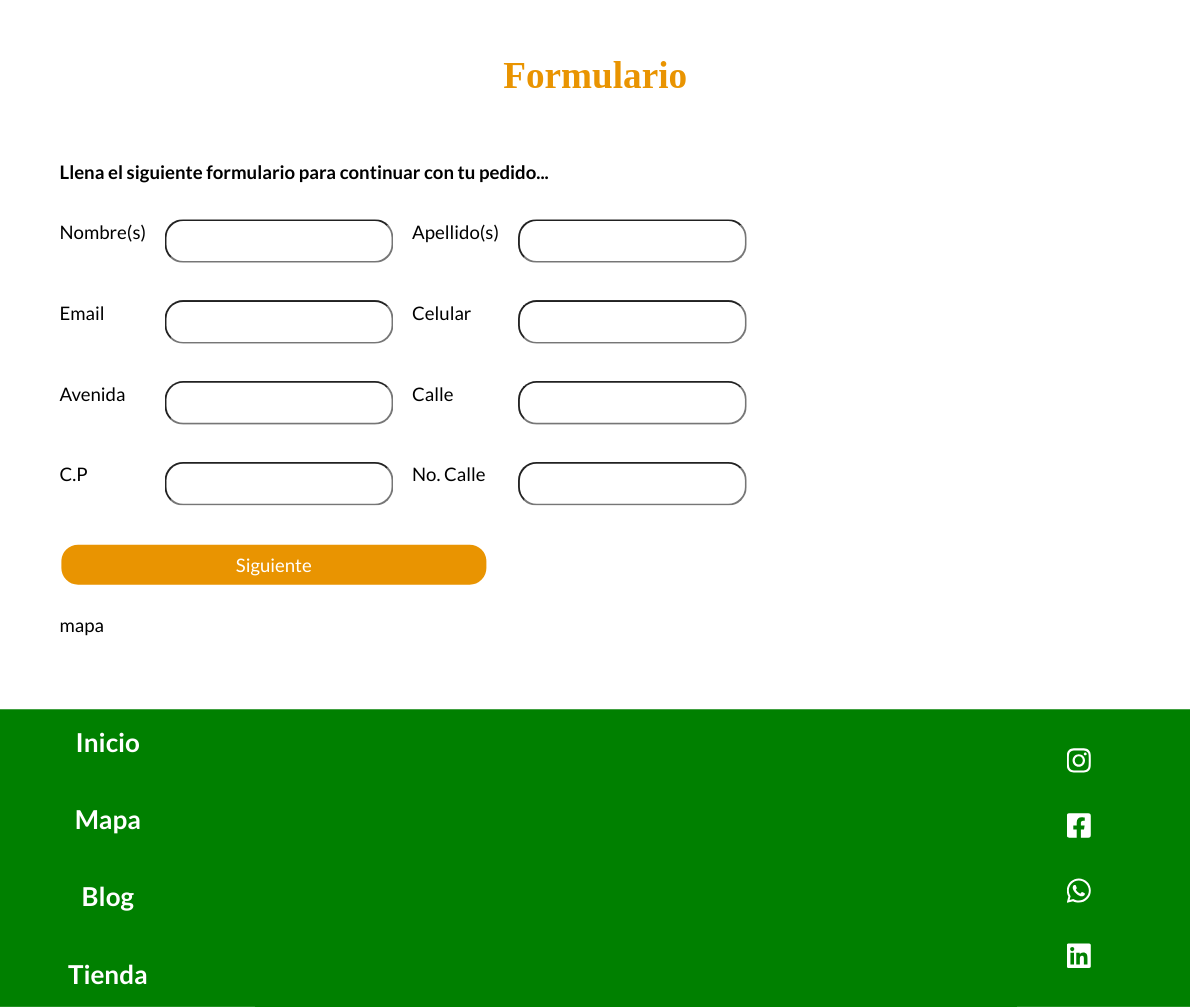
Repository: CarlosCamposRodriguez99/cv-beta-frontend
Page: /mapa
An editor plug-in stored every save of this project. The page is shown before and after the next save, followed by the edit.
The browser window is 1280 px wide. The pictures show the part of the page from y = 219 to 1302 px (the page is 1302 px tall), at 93% of full size.
Some web fonts or font styles are not loaded; a fallback is used. The project was rebuilt for these pictures with package versions that can differ from the ones it lists, and the page was loaded fresh each time. The framework's server and built-in components were replaced by stand-ins that run in the browser. Also part of the build but not shown: next.config.js.

Above is the page before, as saved 2022-05-06 18:12:48.

### pages/_app.js
import { useState, useEffect } from 'react';
import '../styles/normalize.css';
import '../styles/globals.css';

function MyApp({ Component, pageProps }) {

  const [carrito, setCarrito] = useState([]);

  useEffect(() => {
    const carritoLS = JSON.parse(localStorage.getItem('carrito')) ?? [];
    setCarrito(carritoLS);

  }, [])

  useEffect(() => {
    localStorage.setItem("carrito", JSON.stringify(carrito));

  }, [carrito])

  const agregarCarrito = (producto) => {
    if(carrito.some((articulo) => articulo.id === producto.id)) {
      const carritoActualizado = carrito.map( articulo => {
        if(articulo.id === producto.id) {
          articulo.cantidad = producto.cantidad
        }
        return articulo;
      });

      setCarrito(carritoActualizado);
    } else {
      setCarrito([...carrito, producto]);
    }
  };

  const actualizarCantidad = (producto) => {
    const carritoActualizado = carrito.map((articulo) => {
      if(articulo.id === producto.id) {
        articulo.cantidad = producto.cantidad
      }
      return articulo;
    });

    setCarrito(carritoActualizado);
  };

  const eliminarProducto = id => {
    const carritoActualizado = carrito.filter( articulo => articulo.id !== id)
    setCarrito(carritoActualizado);
  }


  return <Component {...pageProps}
    carrito={carrito}
    agregarCarrito={agregarCarrito}
    actualizarCantidad={actualizarCantidad}
    eliminarProducto={eliminarProducto}

  />
}

export default MyApp

### pages/mapa.js
import Layout from '../components/Layout';
import styles from '../styles/Mapa.module.css';

const Mapa = () => {
  return (
    <Layout
      pagina='Mapa'
    >
      <div className={styles.head}>
        <h2 className={styles.titulo}>Formulario</h2>
        <p className={styles.descripcion}>Llena el siguiente formulario para continuar con tu pedido...</p>
        <form>
          <div className={styles.contenido}>
            <label
              className="block uppercase text-slate-800 font-bold text-xl"
              htmlFor="nombre"
            >Nombre(s) </label>

              <input
                type="text"
                id="nombre"
                className={styles.borde}
              />

            <label
              className="block uppercase text-slate-800 font-bold text-xl"
              htmlFor="apellido"
            >Apellido(s) </label>

              <input
                type="text"
                id="apellido"
                className={styles.borde}
              />

            <label
              className="block uppercase text-slate-800 font-bold text-xl"
              htmlFor="email"
            >Email </label>

              <input
                type="text"
                id="email"
                className={styles.borde}
              />

            <label
              className="block uppercase text-slate-600 font-bold text-xl"
              htmlFor="celular"
            >Celular </label>

              <input
                type="text"
                id="celular"
                className={styles.borde}
              />

            <label
              className="block uppercase text-slate-600 font-bold text-xl"
              htmlFor="avenida"
            >Avenida</label>

              <input
                type="text"
                id="avenida"
                className={styles.borde}
              />

            <label
              className="block uppercase text-slate-600 font-bold text-xl"
              htmlFor="calle"
            >Calle </label>

              <input
                type="text"
                id="calle"
                className={styles.borde}
              />

            <label
              className="block uppercase text-slate-600 font-bold text-xl"
              htmlFor="codigoPostal"
            >C.P </label>

              <input
                type="text"
                id="codigoPostal"
                className={styles.borde}
              />

            <label
              className="block uppercase text-slate-600 font-bold text-xl"
              htmlFor="numeroCalle"
            >No. Calle </label>

              <input
                type="text"
                id="numeroCalle"
                className={styles.borde}
              />
          </div>
        </form>


        <div className={styles.campo}>
          <input
            value="Siguiente"
            className={styles.boton}
            type="submit"

          />
        </div>
      </div>

      <div className={styles.head}>
        <div className={styles.contenido}>
          <p>mapa</p>
        </div>

      </div>



    </Layout>


  )
}

export default Mapa;


// css-border: en input: "bg-gray-200 w-full lg:w-1/3 mt-3 p-2 rounded-md"

### styles/globals.css
@import url('https://fonts.googleapis.com/css2?family=Lato:ital,wght@0,700;1,400&family=Roboto+Slab:wght@400;700&display=swap');
@import url('https://fonts.googleapis.com/css2?family=Lato:wght@400;700;900&family=Libre+Bodoni:ital,wght@1,600;1,700&display=swap');

:root {
  --primary: #e99401;
  --negro: #262626;
  --verde: #008000;
  --blanco: #FFF;
  --fuente-principal: 'Outfit', sans-serif;
}
html {
  font-size: 62.5%;
  box-sizing: border-box;
}

@media(max-width:1200px) {
  html {
    display: flex;
    flex: 1;
  }
}
/*IPAD*/
@media(max-width:820px) {
  .html {
    display: flex;
  }
}
/*IPHONE 7 8 */
@media(min-width:300px) {
  .html {
    display: flex;
    flex: 1;
  }
}

*, *:before, *:after {
  box-sizing: inherit;
}
body {
  font-size: 2rem;
  font-family: 'Lato', sans-serif;
  line-height: 1.1;
}
img {
  max-width: 100%;
}
h1, h2, h3 {
  font-family: 'Lato', sans-serif;
  font-weight: 700;
}
[class*="contenedor"] {
  max-width: 120rem;
  margin: 0 auto;
  width: 90%;
}


[class*="heading"] {
  font-family: 'Libre Bodoni', serif; /* */
  font-size: 4rem;
  text-align: center;
  font-weight: 900;
  color: var(--primary);
  margin: 5rem 0;
}

### components/Layout.js
import Head from 'next/head'
import Header from './Header';
import Footer from './Footer';

const Layout = ({children, pagina, guitarra}) => {
  return (
    <div>
      <Head>
        <title>Plantas Tienda- {pagina}</title>
        <meta name="description" content="Sitio web de venta de plantas"/>
      </Head>

      <Header
        guitarra={guitarra}
      />

      {children}

      <Footer />

    </div>
  )
}

Layout.defaultProps = {
  guitarra: null
}

export default Layout;

### styles/Mapa.module.css
.titulo {
  font-family: 'Libre Bodoni', serif; /* */
  font-size: 4rem;
  text-align: center;
  font-weight: 900;
  color: var(--primary);
  margin: 5rem 0;
}

.descripcion {
  font-size: 2rem;
  font-weight: 700;
}

@media(min-width: 300px) {
  .descripcion {
    text-align: left;
  }
}

@media(min-width: 1200px) {
  .descripcion {
    text-align: left;
  }
}

.head {
  max-width: 120rem;
  margin: 1rem auto;
  width: 90%;
  display: grid;
}

.campo {
  width: 50%;
}

@media(min-width: 300px) {
  .campo {
    width: 100%;
    justify-content: center;
  }
}

@media(min-width: 1200px) {
  .campo {
    width: 40%;
  }
}

.boton {
  background-color: var(--primary);
  border: 2px solid #FFF;
  width: 100%;
  cursor: pointer;
  color: var(--blanco);
  justify-content: center;
  margin-top: 4rem;
  padding: 1rem;
  border-radius: 2rem;
  -webkit-border-radius: 2rem;
  -moz-border-radius: 2rem;
  -ms-border-radius: 2rem;
  -o-border-radius: 2rem;
}

.boton:hover {
  background-color: var(--negro);
  color: var(--blanco);
}

.borde {
  background-color: var(--blanco);
  margin-top: 2rem;
  padding: 1rem;
  border-radius: 2rem;
  -webkit-border-radius: 2rem;
  -moz-border-radius: 2rem;
  -ms-border-radius: 2rem;
  -o-border-radius: 2rem;
}

.contenido {
  display: grid;
  gap: 4rem;
  width: 50%;
}


/*aqui el mapa perro */
.campomapa {
    gap: 4rem;
    display: grid;
    align-items: center;
    width: 100%;
}


@media(min-width: 300px) {
  .contenido {
    gap: 4rem;
    display: grid;
    grid-template-columns: repeat(2, 1fr);
    align-items: center;
  }
}

@media(min-width: 820px) {
  .contenido {
    gap: 2rem;
    display: grid;
    width: 30%;
  }
}

@media(min-width:1200px) {
  .contenido {
    grid-template-columns: repeat(4, 1fr);
    align-items: center;
  }
}

### components/Header.js
import Link from 'next/link'
import Image from 'next/image'
import { useRouter } from 'next/router'
import styles from "../styles/Header.module.css"

const Header = ({guitarra}) => {
  const router = useRouter()
  return (
      <header className={styles.header}>
      <div className="contenedor">
        <div className={styles.barra}>
          <Link href="/">
            <a><Image
              width={100}
              height={100}
              src="/img/logo.png"
              layout='fixed'
              alt="Imagen logo" />
            </a>
          </Link>


          <nav className={styles.navegacion}>
            <Link href="/">Inicio</Link>
            <Link href="/mapa">Mapa</Link>
            <Link href="/blog">Blog</Link>
            <Link href="/tienda">Tienda</Link>
            <Link href="/carrito">
              <a>
                <Image layout="fixed" width={30} height={25} src="/img/carrito.png" alt="Imagen carrito"/>
              </a>
            </Link>
          </nav>
        </div>

        {guitarra && (
          <div className={styles.modelo}>
            <h1>Promoción Especial</h1>
            <p>{guitarra.descripcion}</p>
            <p className={styles.precio}>${guitarra.precio}</p>
            <Link href={`/guitarras/${guitarra.url}`}>
              <a className={styles.enlace}>
                  Ver Producto
              </a>
            </Link>
          </div>
        )}
      </div>

      {router.pathname === '/' && (
        <div className={styles.guitarra}>
          <Image layout='fixed' width={500} height={1200} src='/img/' alt='imagen planta header' />
        </div>
      )}


      </header>
  )
}

export default Header;

### components/Footer.js
import Link from 'next/link'
import styles from '../styles/Footer.module.css'

const Footer = () => {

  const year = new Date().getFullYear();

  return (
    <footer className={styles.footer}>
      <div className={`contenedor ${styles.contenido}`}>
          <nav className={styles.navegacion}>
            <Link href="/">Inicio</Link>
            <Link href="/mapa">Mapa</Link>
            <Link href="/blog">Blog</Link>
            <Link href="/tienda">Tienda</Link>
          </nav>


          <ul className={styles.ul}>
            <li className={styles.list}>
              <a
                className={styles.iconoInsta}
                href="https://www.instagram.com/"
              ></a>
              <a
                className={styles.iconoFace}
                href="https://www.facebook.com/"
              ></a>
              <a
                className={styles.iconoWhats}
                href="https://web.whatsapp.com/"
              ></a>
              <a
                className={styles.iconoLinke}
              ></a>
            </li>
          </ul>

      </div>
    </footer>
  )
}

export default Footer;

### styles/Header.module.css
.header {
  background-image: linear-gradient(to right, rgba(10, 20, 10, 0.7), rgba(10, 10, 10, 0.4)), url(../public/img/background3.jpg);
  background-size: cover;
  background-position: 50%;
  padding: 5rem 0;
  position: relative;
}

/*IPAD*/
@media(max-width:820px) {
  .html {
    flex: 1;
  }
}
/*IPHONE 6,7,8*/
@media(min-width:300px) {
  .html {
    display: flex;
    flex: 1;
  }
}

.barra {
  display: flex;
  flex-direction: column;
  align-items: center;
}
@media(min-width:400px) {
  .barra {
    margin-right: 6rem 3rem;
  }
}
@media(min-width:768px) {
  .barra {
    flex-direction: row;
    justify-content: space-between;
  }
}
.navegacion {
  margin-top: 5rem;
  display: flex;
  gap: 4rem;
  position: relative;
  z-index: 1;
}
@media(min-width:768px) {
  .navegacion {
    margin-top: 0;
  }
}
@media(min-width:300px) {
  .navegacion {
    margin: 4rem 0;
    gap: 1.6rem;
  }
}
.navegacion a {
  color: var(--blanco);
  text-decoration: none;
  font-size: 1.8rem;
  font-weight: 700;
  text-transform: uppercase;
  padding: .5rem;
  transition-property: background-color;
  transition-duration: .8s;
}
.navegacion a:hover {
  background-color: var(--primary);
}
.modelo {
  color: var(--blanco);
  margin-top: 5.2rem;
  text-align: center;
}
@media(min-width:768px) {
  .modelo {
    text-align: left;
    width: 50%;
  }
}

.modelo h1 {
  font-size: 5rem;
  font-weight: 600;
  color: var(--blanco);
  font-family: 'Libre Bodoni', serif;
}

.modelo p:first-of-type {
  display: -webkit-box;
  -webkit-box-orient: vertical;
  -webkit-line-clamp: 3;
  overflow: hidden;
  font-size: 2.2rem;
}
.precio {
  font-size: 6rem;
  color: var(--primary);
  font-weight: 900;
  line-height: 0;
}
.enlace {
  margin-top: 2rem;
  text-decoration: none;
  text-align: center;
  text-transform: uppercase;
  font-size: 1.2rem;
  font-weight: 900;
  color: var(--blanco);
  border: 2px solid var(--primary);
  padding: 1rem 5rem;
  transition-property: background-color;
  transition-duration: .5s;
}
.enlace:hover {
  background-color: var(--primary);
  color: var(--blanco);
}
.guitarra {
  display: none;
}
@media(min-width:992px) {
  .guitarra {
    display: block;
    position: absolute;
    right: 0;
    bottom: -10px;
    animation-name: mostrarImagen;
    animation-duration: 1s;
    animation-iteration-count: 2;
    animation-delay: 0s;
    animation-timing-function: ease-in-out;
  }
}

@keyframes mostrarImagen {
  0% {
    opacity: 0;
    transform: translateX(-10rem);
}
  50% {
    opacity: 0;
  }

  100% {
    opacity: 1;
    transform: translateX(0);
  }
}

### styles/Footer.module.css
.footer {
  background-color: var(--verde);
  padding: 2rem 1rem;
  margin-top: 6rem;
  display: flex;
}
@media(min-width:768px) {
  .contenido {
    display: flex;
    justify-content: space-between;
    gap: 4rem;
  }
}

.navegacion {
  display: flex;
  flex-direction: row;
  align-items: center;
}

@media(min-width: 768px) {
  .navegacion {
    flex-direction: row;
    gap: 6rem;
    justify-content: space-between;
  }
}
@media(min-width: 1200px) {
  .navegacion {
    display: flex;
    flex-direction: row;
    gap: 4rem;
  }
}
@media(min-width:640px) {
  .navegacion {
    flex-direction: column;
    gap: 2rem;
  }
}
@media(min-width:300px) {
  .navegacion {
    flex-direction: column;
    gap: 4rem;
  }
}
.navegacion a {
  text-decoration: none;
  font-size: 2.8rem;
  color: var(--blanco);
  font-weight: 700;
}

.navegacion a:hover {
  color: var(--primary);
}

.copyright {
  display: flex;
  flex-direction: row;
  align-items: center;
  color: var(--blanco);
  text-align: center;
  font-size: 2.5rem;
  font-weight: 500;
}
@media(min-width:1200px) {
  .copyright {
    flex-direction: column;
    align-items: center;
    text-align: center;
    font-size: 1em;
    font-weight: 100;
  }
}
@media(min-width:640px) {
  .copyright {
    flex-direction: column;
    align-items: center;
    text-align: center;
    font-size: 1em;
    font-weight: 100;
  }
}
.list {
  display: flex;
  gap: 4rem;
  flex-direction: column;
  align-items: center;
}
@media(min-width:1200px) {
  .list {
    flex-direction: column;
  }
}

.iconoInsta {
  background-image: url("../public/img/instagram-brands.svg");
  padding: 3rem;
  cursor: pointer;
  padding-bottom: 0;
  background-repeat: no-repeat;
}
.iconoFace {
  background-image: url("../public/img/facebook-square-brands.svg");
  padding: 3rem;
  cursor: pointer;
  padding-bottom: 0;
  background-repeat: no-repeat;
}
.iconoWhats {
  background-image: url("../public/img/whatsapp-brands.svg");
  padding: 3rem;
  cursor: pointer;
  padding-bottom: 0;
  background-repeat: no-repeat;
}
.iconoLinke {
  background-image: url("../public/img/linkedin-brands.svg");
  padding: 3rem;
  cursor: pointer;
  padding-bottom: 0;
  background-repeat: no-repeat;
}

Loaded but not shown: styles/normalize.css (library)

After the next save:
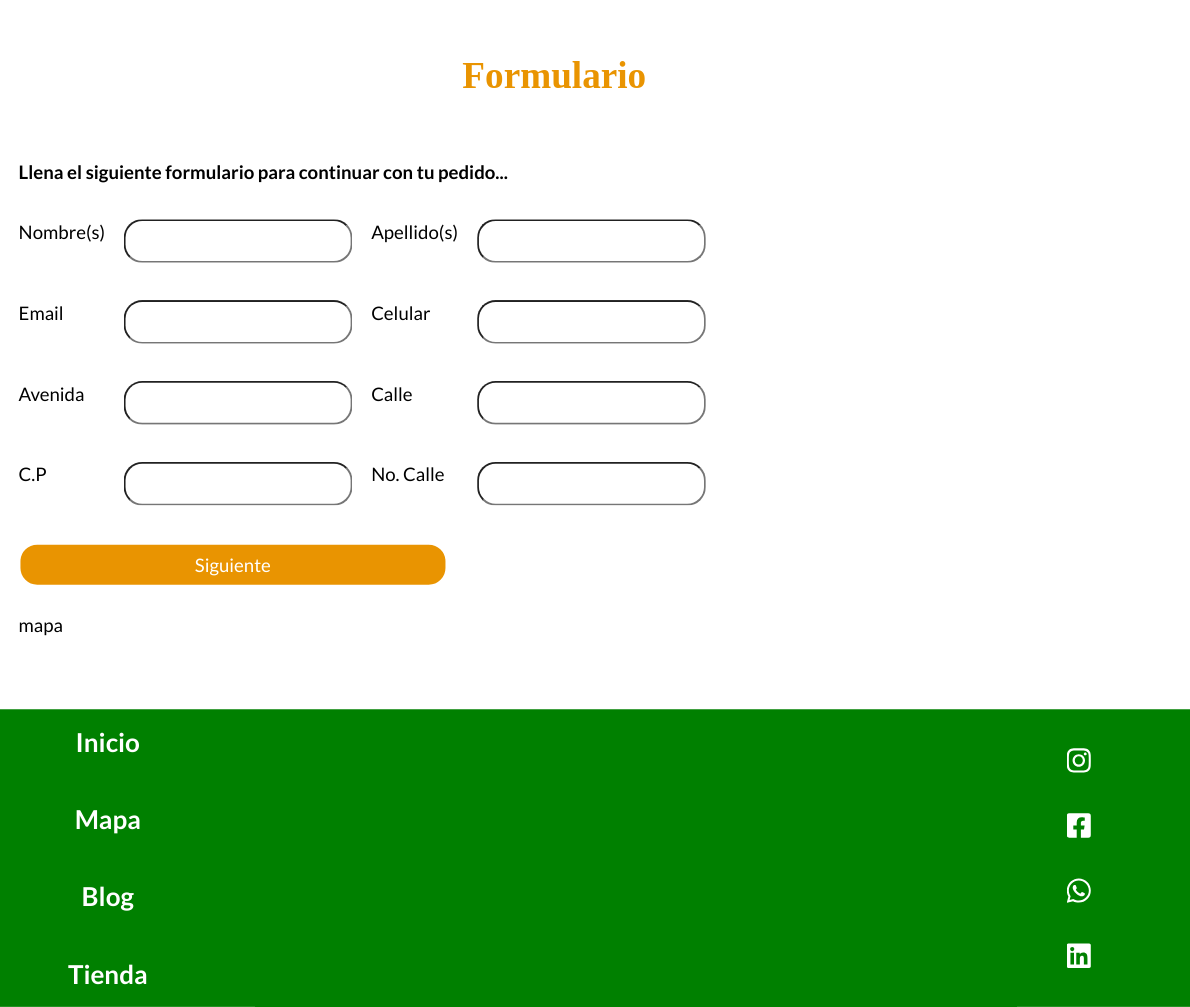
Saved 16 s later.
--- a/styles/Mapa.module.css
+++ b/styles/Mapa.module.css
@@ -26,7 +26,7 @@
 
 .head {
   max-width: 120rem;
-  margin: 1rem auto;
+  margin: 1rem 2rem;
   width: 90%;
   display: grid;
 }
